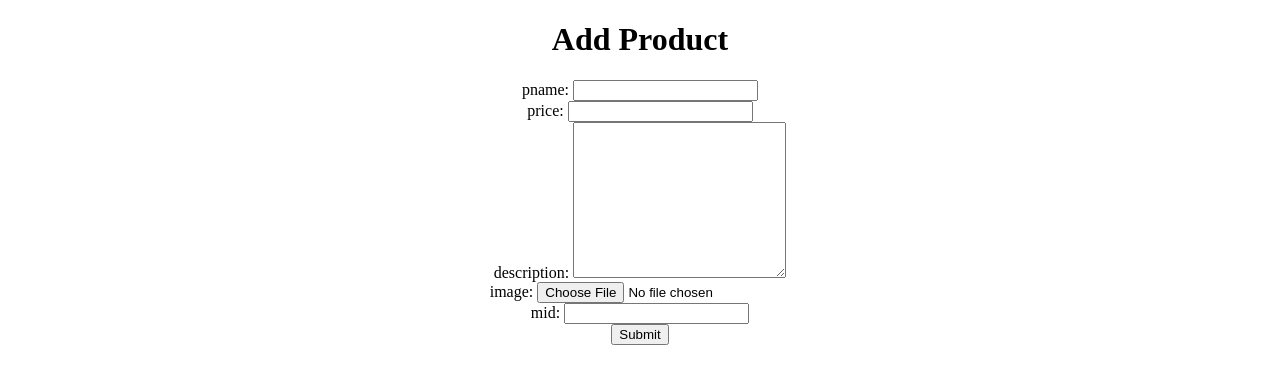
Repository: HariharanMiracle/CodeComplexity
Page: http://localhost/PAF/addProduct.jsp
An editor plug-in stored every save of this project. The page is shown before and after the next save, followed by the edit.
The browser window is 1280 px wide. The pictures show the whole page.
The page is served by Tomcat 9. Other server files are loaded and not shown.

Above is the page before, as saved 2019-05-04 04:18:50.

### PAF/WebContent/addProduct.jsp
<%@ page language="java" contentType="text/html; charset=ISO-8859-1"
    pageEncoding="ISO-8859-1"%>
<!DOCTYPE html>
<html>
<head>
<meta charset="ISO-8859-1">
<title>Insert title here</title>
</head>
<body>
				<form style = "text-align: center" action="entry/product/addProduct" method="POST">
					<h1>Add Product</h1>
					<label>pname:</label> <input type="text" name="pname" required/><br/>
					<label>price:</label> <input type="text" name="price" required/><br/>
					<label>description:</label>
					<textarea rows="10" cols="24" name = "description"></textarea><br/>
					<label>image:</label> <input type="file" name="image" required/><br/>
					<label>mid:</label> <input type="text" name="mid" required/><br/>
					<input type="submit" value="Submit"/>
				</form>
</body>
</html>

After the next save:
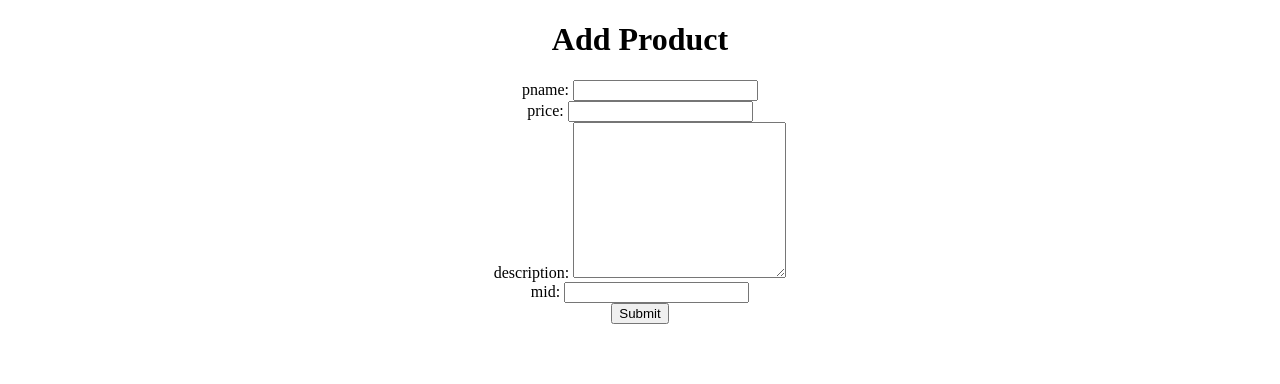
Saved 10 h 39 min later.
--- a/PAF/WebContent/addProduct.jsp
+++ b/PAF/WebContent/addProduct.jsp
@@ -13,7 +13,7 @@
 					<label>price:</label> <input type="text" name="price" required/><br/>
 					<label>description:</label>
 					<textarea rows="10" cols="24" name = "description"></textarea><br/>
-					<label>image:</label> <input type="file" name="image" required/><br/>
+					<!--<label>image:</label> <input type="file" name="image" required/><br/>-->
 					<label>mid:</label> <input type="text" name="mid" required/><br/>
 					<input type="submit" value="Submit"/>
 				</form>
